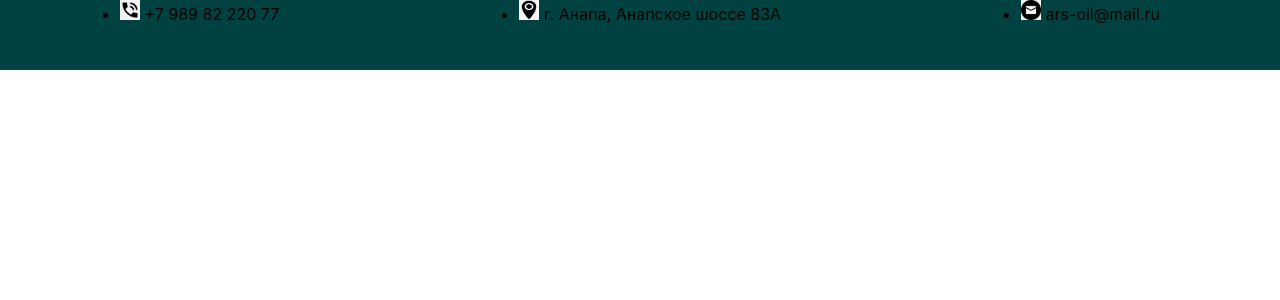
Repository: Vahe4836/new-project--Vahe
Page: /
These files come from the project's save history. The page is drawn as it stood at one moment and after the next save; the edit follows.
The browser window is 1280 px wide. The pictures show the whole page.
The project was rebuilt for these pictures with package versions that can differ from the ones it lists, and the page was loaded fresh each time.

Above is the page before, as saved 2022-02-25 14:04:01.

After the next save:
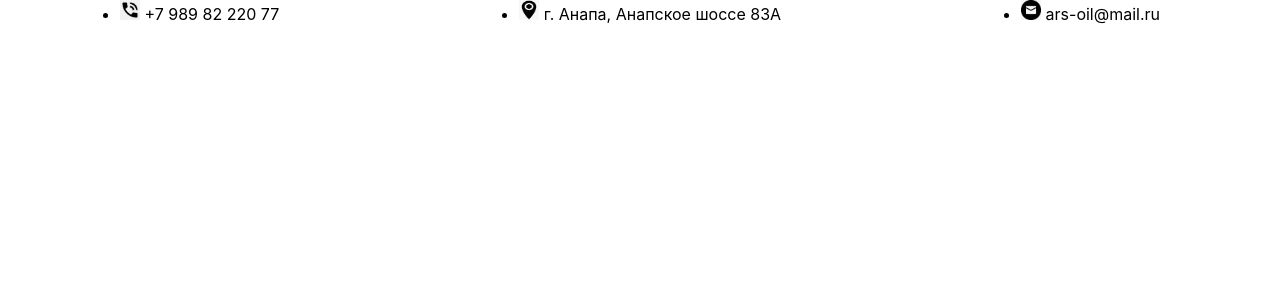
Saved 4 min 34 s later.
--- a/src/Layouts/Header/Header.module.scss
+++ b/src/Layouts/Header/Header.module.scss
@@ -1,7 +1,7 @@
 .adressbox{
     width: 100%;
     height: 70px;
-    background-color: #004242;
+
 
     >ul{
         display: flex;
